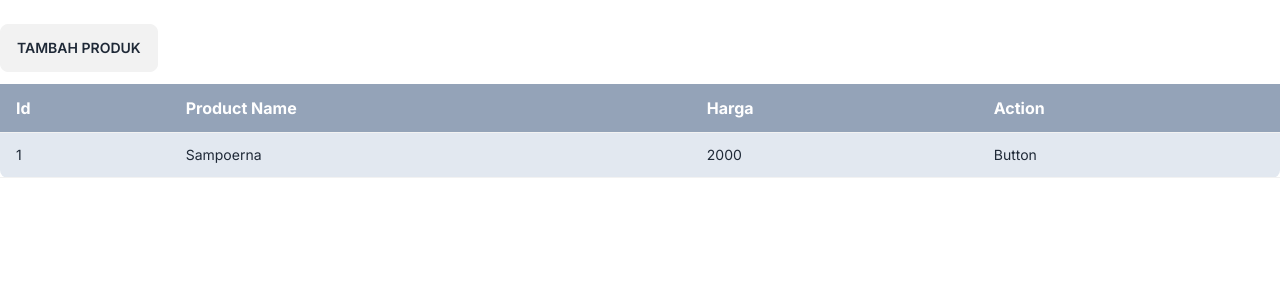
Repository: KilluaProject/Database-item
Page: /
An editor plug-in stored every save of this project. The page is shown before and after the next save, followed by the edit.
The browser window is 1280 px wide. The pictures show the whole page.
The project was rebuilt for these pictures with package versions that can differ from the ones it lists, and the page was loaded fresh each time. The framework's server and built-in components were replaced by stand-ins that run in the browser. Requests to the local data server were answered from the project's data file. Also part of the build but not shown: next.config.js.

Above is the page before, as saved 2023-07-08 16:16:43.

### app/layout.jsx
import './globals.css'
import { Inter } from 'next/font/google'

const inter = Inter({ subsets: ['latin'] })

export const metadata = {
  title: 'Create Next App',
  description: 'Generated by create next app',
}

export default function RootLayout({ children }) {
  return (
    <html data-theme="light" lang="en">
      <body className={inter.className}>{children}</body>
    </html>
  )
}

### app/page.jsx
import AddProduk from "./components/AddProduk"

async function getProducts(){
  const res =  await fetch("http://localhost:5000/products",{ cache: "no-cache" })
  const data = res.json()
  return data
}


export default async function Home() {

  const Products = await getProducts()

  return (
   <div className="container mx-auto py-6">

    <AddProduk/>

      <table className="table w-full rounded-lg bg-slate-200 mt-3">
        <thead className="font-bold text-base bg-slate-400 text-white">
          <tr>
            <th>Id</th>
            <th>Product Name</th>
            <th>Harga</th>
            <th>Action</th>
          </tr>
        </thead>
        <tbody>
          {Products.map((product,index) => {
            return (
            <tr key={product.id}>
              <td>{index + 1}</td>
              <td>{product.title}</td>
              <td>{product.harga}</td>
              <td>Button</td>
            </tr>
            )
          })}

        </tbody>
      </table>


   </div>
  )
}

### app/components/AddProduk.jsx
"use client"

import React, { useState } from 'react'
import { useRouter } from 'next/navigation'

export default function AddProduk() {

    const [title, setTitle] = useState("")
    const [harga, setHarga] = useState("")
    const [modal, setModal] = useState(false)

    function handleChange(){
        setModal(!modal)
    }
    const router = useRouter();

    async function handleSubmit(e){
        e.preventDefault();

        await fetch ("http://localhost:5000/products" , {
            method: "POST",
            header: {
                "Content-Type" : "application/json",
            },
            body: JSON.stringify({
                title : title,
                harga : harga,
            })

        });
        setTitle("");
        setHarga("");
        router.refresh();
        setModal(false)
    }

  return (
    <div>
        <button className="btn" onClick={handleChange}>Tambah Produk</button>
        <input type="checkbox" checked={modal} onChange={handleChange} className="modal-toggle" />

        <div className="modal">
            <div className="modal-box">
                <h3 className="font-bold">Add New Product</h3>
                <form onSubmit={handleSubmit}>
                    <div className="form-control">
                        <label className="label">Nama Produk</label>
                        <input value={title} onChange={(e) => setTitle(e.target.value)} type="text" className="input w-full input-bordered" />
                    </div>
                    <div className="form-control">
                        <label className="label ">Harga</label>
                        <input value={harga} onChange={(e) => setHarga(e.target.value)} type="text" className="input w-full input-bordered" />
                    </div>
                    <div className="modal-action">
                        <button type="button" className="btn" onClick={handleChange}>Close</button>
                        <button type="button" className="btn btn-primary" onClick={handleChange}> Save</button>
                    </div>
                </form>

            </div>
        </div>

    </div>
  )
}

### tailwind.config.js
/** @type {import('tailwindcss').Config} */
module.exports = {

  content: [
    './pages/**/*.{js,ts,jsx,tsx,mdx}',
    './components/**/*.{js,ts,jsx,tsx,mdx}',
    './app/**/*.{js,ts,jsx,tsx,mdx}',
  ],
  theme: {
    extend: {
      backgroundImage: {
        'gradient-radial': 'radial-gradient(var(--tw-gradient-stops))',
        'gradient-conic':
          'conic-gradient(from 180deg at 50% 50%, var(--tw-gradient-stops))',
      },
    },
  },

  daisyui: {
    themes: ["light", "dark", "cupcake"],
  },

  plugins: [require("daisyui")],
}

### db.json
{
    "products" : [

        {
           "id" : 1,
           "title" : "Sampoerna",
           "harga" : 2000

        }
    ]
}

Loaded but not shown: app/globals.css (common file)

After the next save:
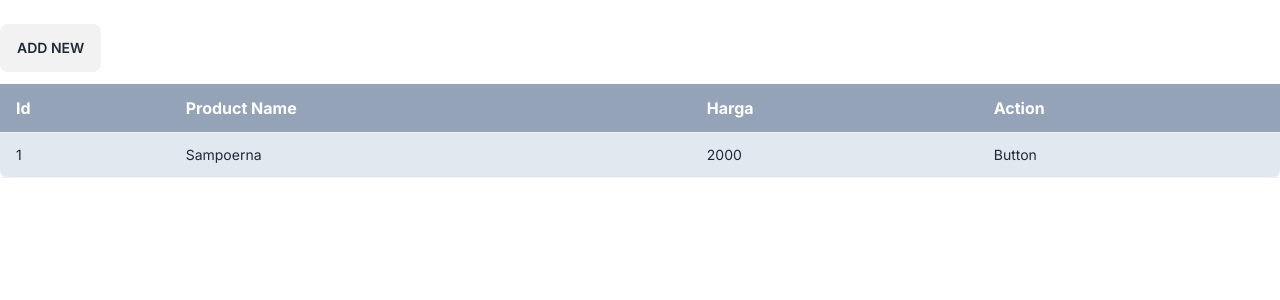
Saved 91 s later.
--- a/app/components/AddProduk.jsx
+++ b/app/components/AddProduk.jsx
@@ -1,65 +1,98 @@
-"use client"
+"use client";
 
-import React, { useState } from 'react'
-import { useRouter } from 'next/navigation'
+import { useState } from "react";
+import { useRouter } from "next/navigation";
 
-export default function AddProduk() {
+export default function AddProduct() {
+  const [title, setTitle] = useState("");
+  const [price, setPrice] = useState("");
+  const [modal, setModal] = useState(false);
+  const [isMutating, setIsMutating] = useState(false);
 
-    const [title, setTitle] = useState("")
-    const [harga, setHarga] = useState("")
-    const [modal, setModal] = useState(false)
+  const router = useRouter();
 
-    function handleChange(){
-        setModal(!modal)
-    }
-    const router = useRouter();
+  async function handleSubmit(e) {
+    e.preventDefault();
 
-    async function handleSubmit(e){
-        e.preventDefault();
+    setIsMutating(true);
 
-        await fetch ("http://localhost:5000/products" , {
-            method: "POST",
-            header: {
-                "Content-Type" : "application/json",
-            },
-            body: JSON.stringify({
-                title : title,
-                harga : harga,
-            })
+    await fetch("http://localhost:5000/products", {
+      method: "POST",
+      headers: {
+        "Content-Type": "application/json",
+      },
+      body: JSON.stringify({
+        title: title,
+        price: price,
+      }),
+    });
 
-        });
-        setTitle("");
-        setHarga("");
-        router.refresh();
-        setModal(false)
-    }
+    setIsMutating(false);
+
+    setTitle("");
+    setPrice("");
+    router.refresh();
+    setModal(false);
+  }
+
+  function handleChange() {
+    setModal(!modal);
+  }
 
   return (
     <div>
-        <button className="btn" onClick={handleChange}>Tambah Produk</button>
-        <input type="checkbox" checked={modal} onChange={handleChange} className="modal-toggle" />
+      <button className="btn" onClick={handleChange}>
+        Add New
+      </button>
 
-        <div className="modal">
-            <div className="modal-box">
-                <h3 className="font-bold">Add New Product</h3>
-                <form onSubmit={handleSubmit}>
-                    <div className="form-control">
-                        <label className="label">Nama Produk</label>
-                        <input value={title} onChange={(e) => setTitle(e.target.value)} type="text" className="input w-full input-bordered" />
-                    </div>
-                    <div className="form-control">
-                        <label className="label ">Harga</label>
-                        <input value={harga} onChange={(e) => setHarga(e.target.value)} type="text" className="input w-full input-bordered" />
-                    </div>
-                    <div className="modal-action">
-                        <button type="button" className="btn" onClick={handleChange}>Close</button>
-                        <button type="button" className="btn btn-primary" onClick={handleChange}> Save</button>
-                    </div>
-                </form>
+      <input
+        type="checkbox"
+        checked={modal}
+        onChange={handleChange}
+        className="modal-toggle"
+      />
 
+      <div className="modal">
+        <div className="modal-box">
+          <h3 className="font-bold text-lg">Add New Product</h3>
+          <form onSubmit={handleSubmit}>
+            <div className="form-control">
+              <label className="label font-bold">Title</label>
+              <input
+                type="text"
+                value={title}
+                onChange={(e) => setTitle(e.target.value)}
+                className="input w-full input-bordered"
+                placeholder="Product Name"
+              />
             </div>
+            <div className="form-control">
+              <label className="label font-bold">Price</label>
+              <input
+                type="text"
+                value={price}
+                onChange={(e) => setPrice(e.target.value)}
+                className="input w-full input-bordered"
+                placeholder="Price"
+              />
+            </div>
+            <div className="modal-action">
+              <button type="button" className="btn" onClick={handleChange}>
+                Close
+              </button>
+              {!isMutating ? (
+                <button type="submit" className="btn btn-primary">
+                  Save
+                </button>
+              ) : (
+                <button type="button" className="btn loading">
+                  Saving...
+                </button>
+              )}
+            </div>
+          </form>
         </div>
-
+      </div>
     </div>
-  )
+  );
 }

After the 2 saves that followed:
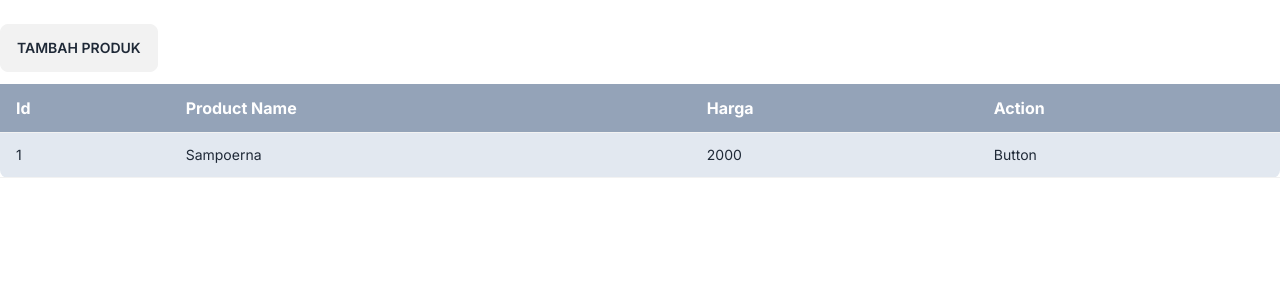
The 2 saves are shown as one change because 1 did not build or start.
The last was saved 119 s later.
--- a/app/components/AddProduk.jsx
+++ b/app/components/AddProduk.jsx
@@ -1,98 +1,65 @@
-"use client";
+"use client"
 
-import { useState } from "react";
-import { useRouter } from "next/navigation";
+import React, { useState } from 'react'
+import { useRouter } from 'next/navigation'
 
-export default function AddProduct() {
-  const [title, setTitle] = useState("");
-  const [price, setPrice] = useState("");
-  const [modal, setModal] = useState(false);
-  const [isMutating, setIsMutating] = useState(false);
+export default function AddProduk() {
 
-  const router = useRouter();
+    const [title, setTitle] = useState("")
+    const [price, setPrice] = useState("")
+    const [modal, setModal] = useState(false)
 
-  async function handleSubmit(e) {
-    e.preventDefault();
+    function handleChange(){
+        setModal(!modal)
+    }
+    const router = useRouter();
 
-    setIsMutating(true);
+    async function handleSubmit(e){
+        e.preventDefault();
 
-    await fetch("http://localhost:5000/products", {
-      method: "POST",
-      headers: {
-        "Content-Type": "application/json",
-      },
-      body: JSON.stringify({
-        title: title,
-        price: price,
-      }),
-    });
+        await fetch ("http://localhost:5000/products" , {
+            method: "POST",
+            header: {
+                "Content-Type" : "application/json",
+            },
+            body: JSON.stringify({
+                title : title,
+                price : price,
+            })
 
-    setIsMutating(false);
-
-    setTitle("");
-    setPrice("");
-    router.refresh();
-    setModal(false);
-  }
-
-  function handleChange() {
-    setModal(!modal);
-  }
+        });
+        setTitle("");
+        setPrice("");
+        rounter.refresh();
+        setModal(false)
+    }
 
   return (
     <div>
-      <button className="btn" onClick={handleChange}>
-        Add New
-      </button>
+        <button className="btn" onClick={handleChange}>Tambah Produk</button>
+        <input type="checkbox" checked={modal} onChange={handleChange} className="modal-toggle" />
 
-      <input
-        type="checkbox"
-        checked={modal}
-        onChange={handleChange}
-        className="modal-toggle"
-      />
+        <div className="modal">
+            <div className="modal-box">
+                <h3 className="font-bold">Add New Product</h3>
+                <form onSubmit={handleSubmit}>
+                    <div className="form-control">
+                        <label className="label">Nama Produk</label>
+                        <input value={title} onChange={(e) => setTitle(e.target.value)} type="text" className="input w-full input-bordered" />
+                    </div>
+                    <div className="form-control">
+                        <label className="label ">Harga</label>
+                        <input value={price} onChange={(e) => setPrice(e.target.value)} type="text" className="input w-full input-bordered" />
+                    </div>
+                    <div className="modal-action">
+                        <button type="button" className="btn" onClick={handleChange}>Close</button>
+                        <button type="button" className="btn btn-primary" onClick={handleChange}> Save</button>
+                    </div>
+                </form>
 
-      <div className="modal">
-        <div className="modal-box">
-          <h3 className="font-bold text-lg">Add New Product</h3>
-          <form onSubmit={handleSubmit}>
-            <div className="form-control">
-              <label className="label font-bold">Title</label>
-              <input
-                type="text"
-                value={title}
-                onChange={(e) => setTitle(e.target.value)}
-                className="input w-full input-bordered"
-                placeholder="Product Name"
-              />
             </div>
-            <div className="form-control">
-              <label className="label font-bold">Price</label>
-              <input
-                type="text"
-                value={price}
-                onChange={(e) => setPrice(e.target.value)}
-                className="input w-full input-bordered"
-                placeholder="Price"
-              />
-            </div>
-            <div className="modal-action">
-              <button type="button" className="btn" onClick={handleChange}>
-                Close
-              </button>
-              {!isMutating ? (
-                <button type="submit" className="btn btn-primary">
-                  Save
-                </button>
-              ) : (
-                <button type="button" className="btn loading">
-                  Saving...
-                </button>
-              )}
-            </div>
-          </form>
         </div>
-      </div>
+
     </div>
-  );
+  )
 }
